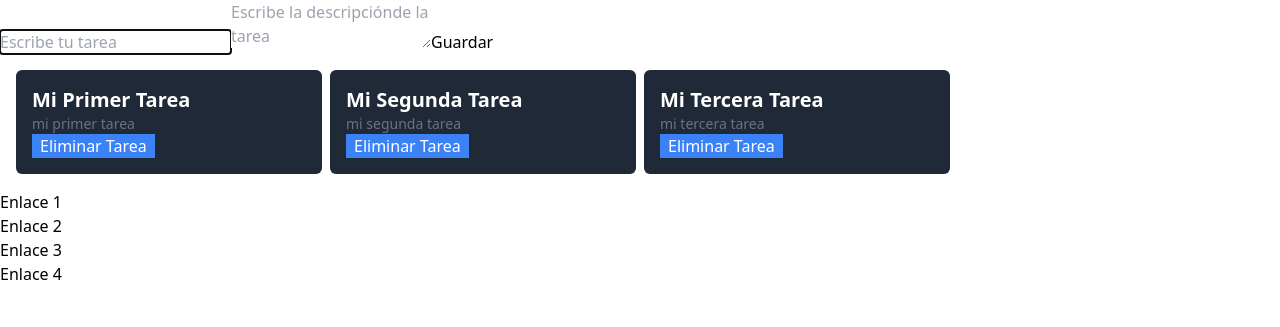
Repository: Ciromontes/AgendaTuTarea
Page: /
An editor plug-in stored every save of this project. The page is shown before and after the next save, followed by the edit.
The browser window is 1280 px wide. The pictures show the whole page.
The project was rebuilt for these pictures with package versions that can differ from the ones it lists, and the page was loaded fresh each time. Also part of the build but not shown: vite.config.js.

Above is the page before, as saved 2023-09-19 06:58:12.

After the next save:
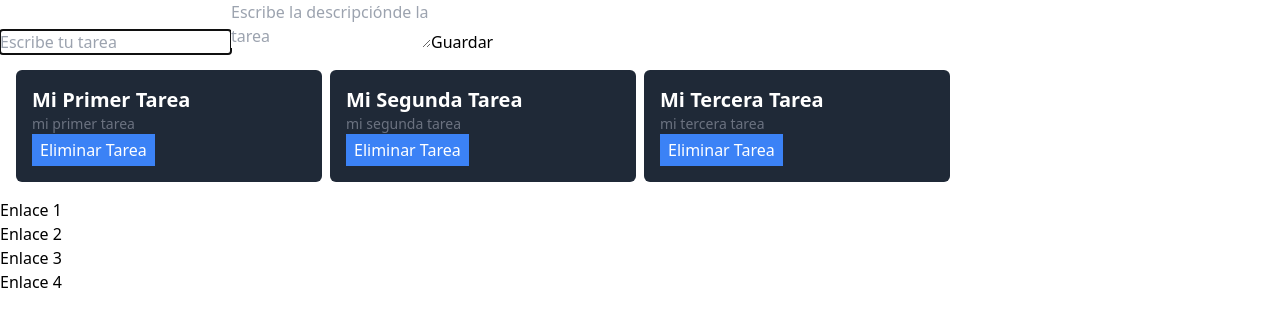
Saved 14 s later.
--- a/src/components/TaskCard.jsx
+++ b/src/components/TaskCard.jsx
@@ -7,7 +7,7 @@ function TaskCard({ task }) {
         <div className='bg-gray-800 text-white p-4 rounded-md'>
             <h1 className='text-xl font-bold capitalize'>{task.title}</h1>
             <p className='text-gray-500 text-sm'>{task.description}</p>
-            <button className='bg-blue-500 px-2 ' onClick={() => deleteTask(task.id)}>
+            <button className='bg-blue-500 px-2 py-1' onClick={() => deleteTask(task.id)}>
                 Eliminar Tarea
             </button>
         </div>
